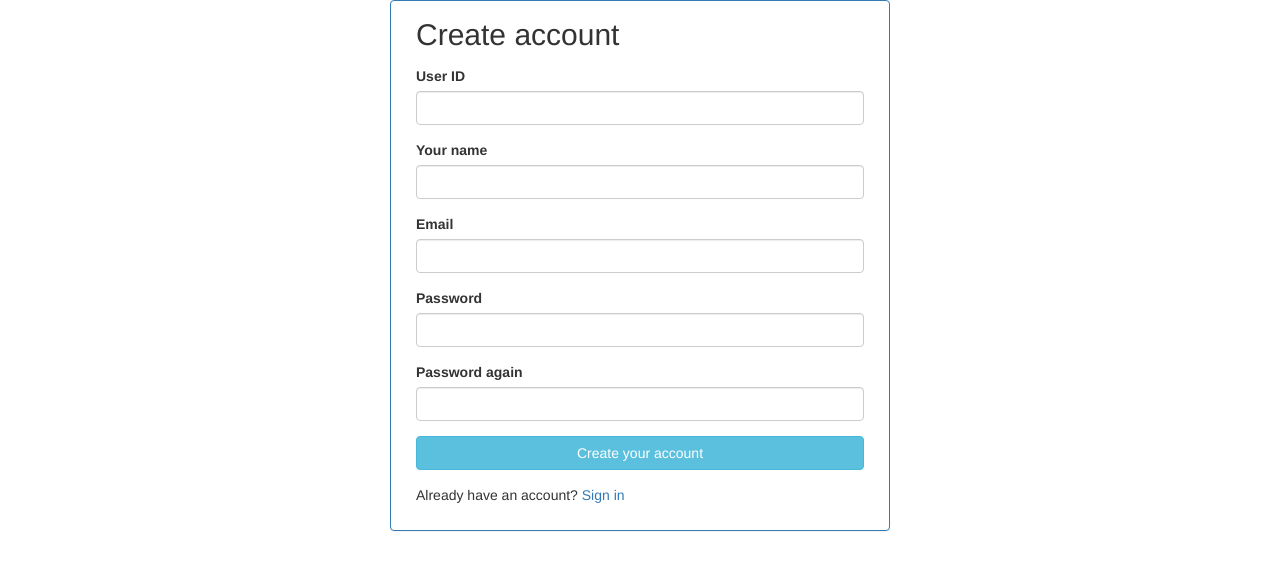
Repository: vishnujayabalan/MobileShopping
Page: http://localhost/frontend/WEB-INF/view/Register.jsp
The author's editor kept a copy of each file at every save. The page is drawn from the files as they stood at one save, then again after the next save.
The browser window is 1280 px wide. The pictures show the whole page.
Some web libraries are served in a nearby version. The page is served by Tomcat 9. Nobody is signed in. Other server files are loaded and not shown. The template is opened directly, without the code that normally fills it, so the values that code supplies are empty.

Above is the page before, as saved 2017-04-03 08:50:24.

### frontend/src/main/webapp/WEB-INF/view/Register.jsp
<%@ page language="java" contentType="text/html; charset=ISO-8859-1"
    pageEncoding="ISO-8859-1"%>
<!DOCTYPE html PUBLIC "-//W3C//DTD HTML 4.01 Transitional//EN" "http://www.w3.org/TR/html4/loose.dtd">
<html>
<head>
<%@ taglib uri="http://java.sun.com/jsp/jstl/core" prefix="c"%>
<meta http-equiv="Content-Type" content="text/html; charset=ISO-8859-1">
<meta name="viewport" content="width=device-width, initial-scale=1">
  <link rel="stylesheet" href="https://maxcdn.bootstrapcdn.com/bootstrap/3.3.7/css/bootstrap.min.css">
  <script src="https://ajax.googleapis.com/ajax/libs/jquery/3.1.1/jquery.min.js"></script>
  <script src="https://maxcdn.bootstrapcdn.com/bootstrap/3.3.7/js/bootstrap.min.js"></script>
<title>register</title>
</head>
<style>
form { margin: 0px 10px; }

h2 {
  margin-top: 2px;
  margin-bottom: 2px;
}

.container { max-width: 500px; }

.divider {
  text-align: center;
  margin-top: 20px;
  margin-bottom: 5px;
}
.divider hr {
 margin: 7px 0px;
  width: 35%;

}
.left { float: left; }

.right { float: right; }

<c:if test="${!empty register }">
					<div id="login-alert"
						class="alert alert-success col-sm-12">

							${msg}

					</div>
					</c:if>

</style>
<body>

    <div class="container">
		<div class="row">
			<div class="panel panel-primary">
				<div class="panel-body">
					<form method="POST" action="create_register" method="get">
						<div class="form-group">
							<h2>Create account</h2>
						</div>
						<div class="form-group">
							<label class="control-label" for="id">User ID</label>
							<input name="userid" type="text" maxlength="20" class="form-control">
						</div>
						<div class="form-group">
							<label class="control-label" for="signupName">Your name</label>
							<input name="name" type="text" maxlength="50" class="form-control">
						</div>
						<div class="form-group">
							<label class="control-label" for="signupEmailagain">Email </label>
							<input name="email" type="email" maxlength="50" class="form-control">
						</div>
						<div class="form-group">
							<label class="control-label" for="signupPassword">Password</label>
							<input name="pwd" type="password" maxlength="25" class="form-control"  length="40">
						</div>
						<div class="form-group">
							<label class="control-label" for="signupPasswordagain">Password again</label>
							<input name="cpwd" type="password" maxlength="25" class="form-control">
						</div>
						<div class="form-group">
							<button id="signupSubmit" type="submit" class="btn btn-info btn-block">Create your account</button>
						</div>
						<p></p>Already have an account? <a href="clicklog">Sign in</a></p>
					</form>
				</div>
			</div>
		</div>
	</div>
</body>
</html>

After the next save:
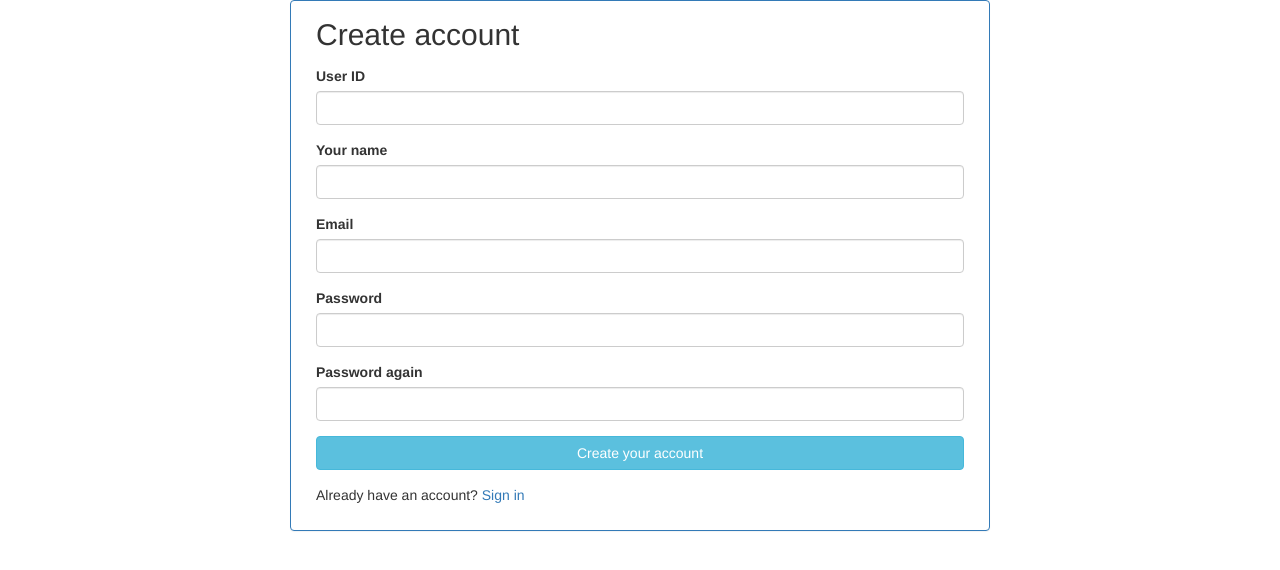
Saved 26 min 50 s later.
--- a/frontend/src/main/webapp/WEB-INF/view/Register.jsp
+++ b/frontend/src/main/webapp/WEB-INF/view/Register.jsp
@@ -19,7 +19,7 @@ h2 {
   margin-bottom: 2px;
 }
 
-.container { max-width: 500px; }
+.container { max-width: 700px; }
 
 .divider {
   text-align: center;
